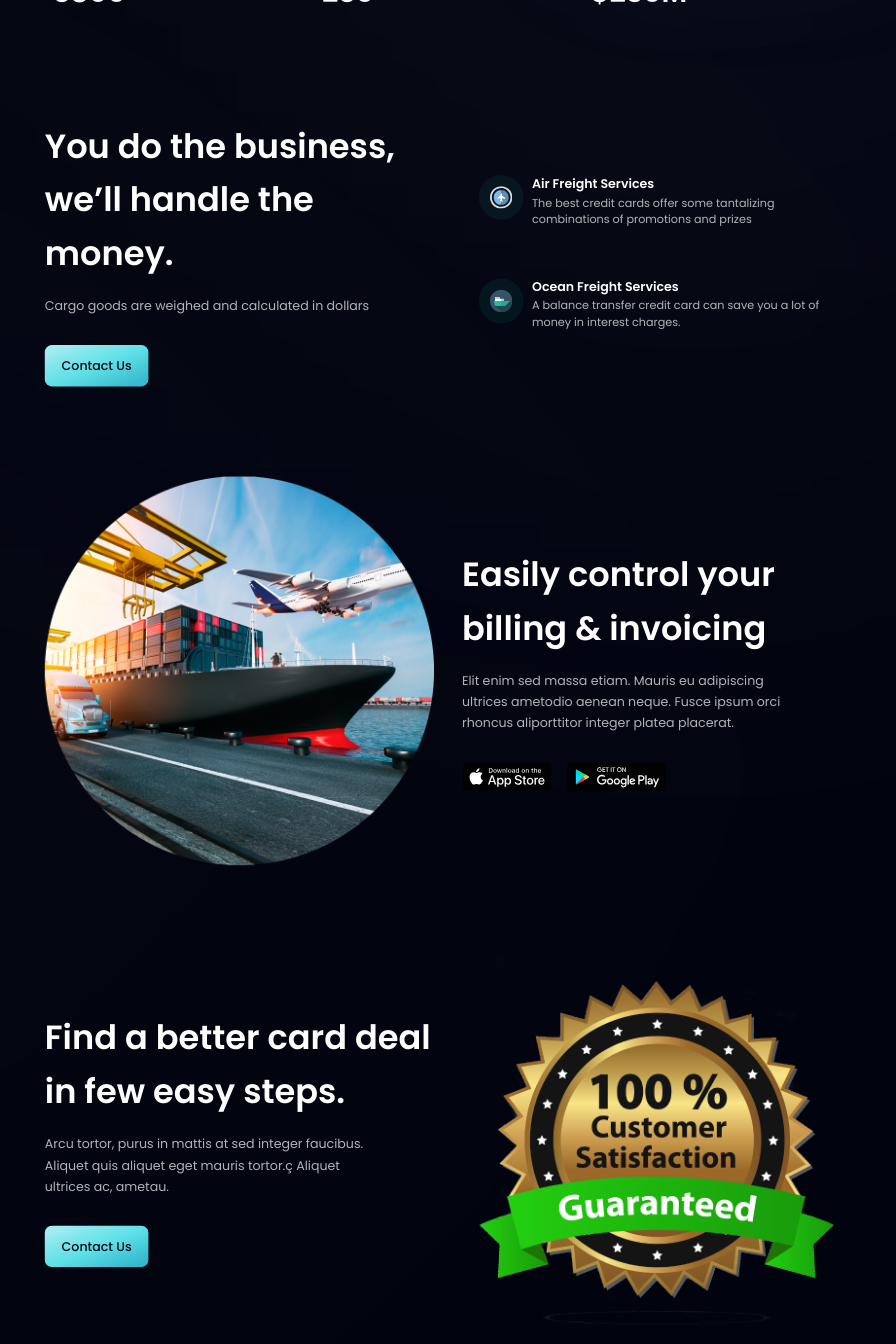
Repository: Miracleoluebube/captionlogistics
Page: /
An editor plug-in stored every save of this project. The page is shown before and after a run of saves, followed by the edit.
The browser window is 1280 px wide. The pictures show the part of the page from y = 1220 to 3140 px (the page is 5317 px tall before and 5348 px after), at 70% of full size.
The project was rebuilt for these pictures with package versions that can differ from the ones it lists, and the page was loaded fresh each time. Also part of the build but not shown: vite.config.js.

Above is the page before, as saved 2022-10-02 12:44:50.

### src/index.css
/* :root {
  font-family: Inter, Avenir, Helvetica, Arial, sans-serif;
  font-size: 16px;
  line-height: 24px;
  font-weight: 400;

  color-scheme: light dark;
  color: rgba(255, 255, 255, 0.87);
  background-color: #242424;

  font-synthesis: none;
  text-rendering: optimizeLegibility;
  -webkit-font-smoothing: antialiased;
  -moz-osx-font-smoothing: grayscale;
  -webkit-text-size-adjust: 100%;
}

a {
  font-weight: 500;
  color: #646cff;
  text-decoration: inherit;
}
a:hover {
  color: #535bf2;
}

body {
  margin: 0;
  display: flex;
  place-items: center;
  min-width: 320px;
  min-height: 100vh;
}

h1 {
  font-size: 3.2em;
  line-height: 1.1;
}

button {
  border-radius: 8px;
  border: 1px solid transparent;
  padding: 0.6em 1.2em;
  font-size: 1em;
  font-weight: 500;
  font-family: inherit;
  background-color: #1a1a1a;
  cursor: pointer;
  transition: border-color 0.25s;
}
button:hover {
  border-color: #646cff;
}
button:focus,
button:focus-visible {
  outline: 4px auto -webkit-focus-ring-color;
}
*/

@import url("https://fonts.googleapis.com/css2?family=Poppins:wght@400;500;600;700;800;900&display=swap");

@tailwind base;
@tailwind components;
@tailwind utilities;

:root {
  --black-gradient: linear-gradient(
    144.39deg,
    #ffffff -278.56%,
    #6d6d6d -78.47%,
    #11101d 91.61%
  );
  --card-shadow: 0px 20px 100px -10px rgba(66, 71, 91, 0.1);
}

* {
  scroll-behavior: smooth;
}

.text-gradient {
  background: radial-gradient(
    64.18% 64.18% at 71.16% 35.69%,
    #def9fa 0.89%,
    #bef3f5 17.23%,
    #9dedf0 42.04%,
    #7de7eb 55.12%,
    #5ce1e6 71.54%,
    #33bbcf 100%
  );
  -webkit-background-clip: text;
  -webkit-text-fill-color: transparent;
  background-clip: text;
  text-fill-color: transparent;
}

.bg-blue-gradient {
  background: linear-gradient(
    157.81deg,
    #def9fa -43.27%,
    #bef3f5 -21.24%,
    #9dedf0 12.19%,
    #7de7eb 29.82%,
    #5ce1e6 51.94%,
    #33bbcf 90.29%
  );
}

.bg-black-gradient {
  background: linear-gradient(
    144.39deg,
    #ffffff -278.56%,
    #6d6d6d -78.47%,
    #11101d 91.61%
  );
}

.bg-black-gradient-2 {
  background: linear-gradient(
    -168.39deg,
    #ffffff -278.56%,
    #6d6d6d -78.47%,
    #11101d 91.61%
  );
}

.bg-gray-gradient {
  background: linear-gradient(
    153.47deg,
    rgba(255, 255, 255, 0) -341.94%,
    #14101d 95.11%
  );
}

.bg-discount-gradient {
  background: linear-gradient(125.17deg, #272727 0%, #11101d 100%);
}

.box-shadow {
  box-shadow: 0px 20px 100px -10px rgba(66, 71, 91, 0.1);
}

.sidebar {
  -webkit-animation: slide-top 0.5s cubic-bezier(0.25, 0.46, 0.45, 0.94) both;
  animation: slide-top 0.5s cubic-bezier(0.25, 0.46, 0.45, 0.94) both;
}

@-webkit-keyframes slide-top {
  0% {
    -webkit-transform: translateY(100px);
    transform: translateY(100px);
  }
  100% {
    -webkit-transform: translateY(0);
    transform: translateY(0);
  }
}

@keyframes slide-top {
  0% {
    -webkit-transform: translateY(100px);
    transform: translateY(100px);
  }
  100% {
    -webkit-transform: translateY(0);
    transform: translateY(0);
  }
}

.feature-card:hover {
  background: var(--black-gradient);
  box-shadow: var(--card-shadow);
}

.feedback-container .feedback-card:last-child {
  margin-right: 0px;
}

.feedback-card {
  background: transparent;
}

.feedback-card:hover {
  background: var(--black-gradient);
}

.blue__gradient {
  background: linear-gradient(180deg, rgba(188, 165, 255, 0) 0%, #214d76 100%);
  filter: blur(123px);
}

.pink__gradient {
  background: linear-gradient(90deg, #f4c4f3 0%, #fc67fa 100%);
  filter: blur(900px);
}

.white__gradient {
  background: rgba(255, 255, 255, 0.6);
  filter: blur(750px);
}


@media (prefers-color-scheme: light) {
  :root {
    color: #213547;
    background-color: #ffffff;
  }
  a:hover {
    color: #747bff;
  }
  button {
    background-color: #f9f9f9;
  }
}

### src/style.js
const styles = {
  boxWidth: "xl:max-w-[1280px] w-full",

  heading2: "font-poppins font-semibold xs:text-[48px] text-[40px] text-white xs:leading-[76.8px] leading-[66.8px] w-full",
  paragraph: "font-poppins font-normal text-dimWhite text-[18px] leading-[30.8px]",

  flexCenter: "flex justify-center items-center",
  flexStart: "flex justify-center items-start",

  paddingX: "sm:px-16 px-6",
  paddingY: "sm:py-16 py-6",
  padding: "sm:px-16 px-6 sm:py-12 py-4",

  marginX: "sm:mx-16 mx-6",
  marginY: "sm:my-16 my-6",
};

export const layout = {
  section: `flex md:flex-row flex-col ${styles.paddingY}`,
  sectionReverse: `flex md:flex-row flex-col-reverse ${styles.paddingY}`,

  sectionImgReverse: `flex-1 flex ${styles.flexCenter} md:mr-10 mr-0 md:mt-0 mt-10 relative`,
  sectionImg: `flex-1 flex ${styles.flexCenter} md:ml-10 ml-0 md:mt-0 mt-10 relative`,

  sectionInfo: `flex-1 ${styles.flexStart} flex-col`,
};

export default styles;

### src/components/Navbar.jsx
import { useState } from "react";

import { close, logo, menu } from "../assets";
import { navLinks } from "../constants";

const Navbar = () => {
  const [active, setActive] = useState("Home");
  const [toggle, setToggle] = useState(false);

  return (
    <nav className="w-full flex py-6 justify-between items-center navbar">
      <img src={logo} alt="hoobank" className="w-[124px] h-[32px]" />

      <ul className="list-none sm:flex hidden justify-end items-center flex-1">
        {navLinks.map((nav, index) => (
          <li
            key={nav.id}
            className={`font-poppins font-normal cursor-pointer text-[16px] ${
              active === nav.title ? "text-white" : "text-dimWhite"
            } ${index === navLinks.length - 1 ? "mr-0" : "mr-10"}`}
            onClick={() => setActive(nav.title)}
          >
            <a href={`#${nav.id}`}>{nav.title}</a>
          </li>
        ))}
      </ul>

      <div className="sm:hidden flex flex-1 justify-end items-center">
        <img
          src={toggle ? close : menu}
          alt="menu"
          className="w-[28px] h-[28px] object-contain"
          onClick={() => setToggle(!toggle)}
        />

        <div
          className={`${
            !toggle ? "hidden" : "flex"
          } p-6 bg-black-gradient absolute top-20 right-0 mx-4 my-2 min-w-[140px] rounded-xl sidebar`}
        >
          <ul className="list-none flex justify-end items-start flex-1 flex-col">
            {navLinks.map((nav, index) => (
              <li
                key={nav.id}
                className={`font-poppins font-medium cursor-pointer text-[16px] ${
                  active === nav.title ? "text-white" : "text-dimWhite"
                } ${index === navLinks.length - 1 ? "mb-0" : "mb-4"}`}
                onClick={() => setActive(nav.title)}
              >
                <a href={`#${nav.id}`}>{nav.title}</a>
              </li>
            ))}
          </ul>
        </div>
      </div>
    </nav>
  );
};

export default Navbar;

### src/components/Billing.jsx
import { apple, bill, google } from "../assets";
import styles, { layout } from "../style";

const Billing = () => (
  <section id="product" className={layout.sectionReverse}>
    <div className={layout.sectionImgReverse}>
      <img src={bill} alt="billing" className="w-[100%] h-[100%] relative z-[5]" />

      {/* gradient start */}
      <div className="absolute z-[3] -left-1/2 top-0 w-[50%] h-[50%] rounded-full white__gradient" />
      <div className="absolute z-[0] w-[50%] h-[50%] -left-1/2 bottom-0 rounded-full pink__gradient" />
      {/* gradient end */}
    </div>

    <div className={layout.sectionInfo}>
      <h2 className={styles.heading2}>
        Easily control your <br className="sm:block hidden" /> billing &
        invoicing
      </h2>
      <p className={`${styles.paragraph} max-w-[470px] mt-5`}>
        Elit enim sed massa etiam. Mauris eu adipiscing ultrices ametodio
        aenean neque. Fusce ipsum orci rhoncus aliporttitor integer platea
        placerat.
      </p>

      <div className="flex flex-row flex-wrap sm:mt-10 mt-6">
        <img src={apple} alt="google_play" className="w-[128.86px] h-[42.05px] object-contain mr-5 cursor-pointer" />
        <img src={google} alt="google_play" className="w-[144.17px] h-[43.08px] object-contain cursor-pointer" />
      </div>
    </div>
  </section>
);

export default Billing;

### src/components/CardDeal.jsx
import { card } from "../assets";
import styles, { layout } from "../style";
import Button from "./Button";

const CardDeal = () => (
  <section id="contact Us" className={layout.section}>
    <div className={layout.sectionInfo}>
      <h2 className={styles.heading2}>
        Find a better card deal <br className="sm:block hidden" /> in few easy
        steps.
      </h2>
      <p className={`${styles.paragraph} max-w-[470px] mt-5`}>
        Arcu tortor, purus in mattis at sed integer faucibus. Aliquet quis
        aliquet eget mauris tortor.ç Aliquet ultrices ac, ametau.
      </p>

      <Button styles={`mt-10`} />
    </div>

    <div className={layout.sectionImg}>
      <img src={card} alt="billing" className="w-[100%] h-[100%]" />
    </div>
  </section>
);

export default CardDeal;

### src/components/Business.jsx
import { features } from "../constants";
import styles, { layout } from "../style";
import Button from "./Button";

const FeatureCard = ({ icon, title, content, index }) => (
  <div className={`flex flex-row p-6 rounded-[20px] ${index !== features.length - 1 ? "mb-6" : "mb-0"} feature-card`}>
    <div className={`w-[64px] h-[64px] rounded-full ${styles.flexCenter} bg-dimBlue`}>
      <img src={icon} alt="star" className="w-[50%] h-[50%] object-contain" />
    </div>
    <div className="flex-1 flex flex-col ml-3">
      <h4 className="font-poppins font-semibold text-white text-[18px] leading-[23.4px] mb-1">
        {title}
      </h4>
      <p className="font-poppins font-normal text-dimWhite text-[16px] leading-[24px]">
        {content}
      </p>
    </div>
  </div>
);

const Business = () =>  (
  <section id="features" className={layout.section}>
    <div className={layout.sectionInfo}>
      <h2 className={styles.heading2}>
        You do the business, <br className="sm:block hidden" /> we’ll handle
        the money.
      </h2>
      <p className={`${styles.paragraph} max-w-[470px] mt-5`}>
        Cargo goods are weighed and calculated in dollars
      </p>

      <Button styles={`mt-10`} />
    </div>

    <div className={`${layout.sectionImg} flex-col`}>
      {features.map((feature, index) => (
        <FeatureCard key={feature.id} {...feature} index={index} />
      ))}
    </div>
  </section>
);

export default Business;

### src/components/CTA.jsx
import styles from "../style";
import Button from "./Button";

const CTA = () => (
  <section className={`${styles.flexCenter} ${styles.marginY} ${styles.padding} sm:flex-row flex-col bg-black-gradient-2 rounded-[20px] box-shadow`}>
    <div className="flex-1 flex flex-col">
      <h2 className={styles.heading2}>Let’s try our service now!</h2>
      <p className={`${styles.paragraph} max-w-[470px] mt-5`}>
        Everything you need to accept card payments and grow your business
        anywhere on the planet.
      </p>
    </div>

    <div  className={`${styles.flexCenter} sm:ml-10 ml-0 sm:mt-0 mt-10`}>
      <Button />
    </div>
  </section>
);

export default CTA;

### src/components/Stats.jsx
import { stats } from "../constants";
import styles from "../style";

const Stats = () => (
  <section className={`${styles.flexCenter} flex-row flex-wrap sm:mb-20 mb-6`}>
    {stats.map((stat) => (
      <div key={stat.id} className={`flex-1 flex justify-start items-center flex-row m-3`} >
        <h4 className="font-poppins font-semibold xs:text-[40.89px] text-[30.89px] xs:leading-[53.16px] leading-[43.16px] text-white">
          {stat.value}
        </h4>
        <p className="font-poppins font-normal xs:text-[20.45px] text-[15.45px] xs:leading-[26.58px] leading-[21.58px] text-gradient uppercase ml-3">
          {stat.title}
        </p>
      </div>
    ))}
  </section>
);

export default Stats;

### src/components/Footer.jsx
import styles from "../style";
import { logo } from "../assets";
import { footerLinks, socialMedia } from "../constants";

const Footer = () => (
  <section className={`${styles.flexCenter} ${styles.paddingY} flex-col`}>
    <div className={`${styles.flexStart} md:flex-row flex-col mb-8 w-full`}>
      <div className="flex-[1] flex flex-col justify-start mr-10">
        <img
          src={logo}
          alt="hoobank"
          className="w-[266px] h-[72.14px] object-contain"
        />
        <p className={`${styles.paragraph} mt-4 max-w-[312px]`}>
         Head Office address: Number 10&11, A.O plaza, ground floor,
         Mandilas market Lagos island
        </p>
      </div>

      <div className="flex-[1.5] w-full flex flex-row justify-between flex-wrap md:mt-0 mt-10">
        {footerLinks.map((footerlink) => (
          <div key={footerlink.title} className={`flex flex-col ss:my-0 my-4 min-w-[150px]`}>
            <h4 className="font-poppins font-medium text-[18px] leading-[27px] text-white">
              {footerlink.title}
            </h4>
            <ul className="list-none mt-4">
              {footerlink.links.map((link, index) => (
                <li
                  key={link.name}
                  className={`font-poppins font-normal text-[16px] leading-[24px] text-dimWhite hover:text-secondary cursor-pointer ${
                    index !== footerlink.links.length - 1 ? "mb-4" : "mb-0"
                  }`}
                >
                  {link.name}
                </li>
              ))}
            </ul>
          </div>
        ))}
      </div>
    </div>

    <div className="w-full flex justify-between items-center md:flex-row flex-col pt-6 border-t-[1px] border-t-[#3F3E45]">
      <p className="font-poppins font-normal text-center text-[18px] leading-[27px] text-white">
        Copyright Ⓒ 2022. CaptionLogistics. All Rights Reserved.
      </p>

      <div className="flex flex-row md:mt-0 mt-6">
        {socialMedia.map((social, index) => (
          <img
            key={social.id}
            src={social.icon}
            alt={social.id}
            className={`w-[21px] h-[21px] object-contain cursor-pointer ${
              index !== socialMedia.length - 1 ? "mr-6" : "mr-0"
            }`}
            onClick={() => window.open(social.link)}
          />
        ))}
      </div>
    </div>
  </section>
);

export default Footer;

### src/components/Testimonials.jsx
import { feedback } from "../constants";
import styles from "../style";
import FeedbackCard from "./FeedbackCard";

const Testimonials = () => (
  <section id="clients" className={`${styles.paddingY} ${styles.flexCenter} flex-col relative `}>
    <div className="absolute z-[0] w-[60%] h-[60%] -right-[50%] rounded-full blue__gradient bottom-40" />

    <div className="w-full flex justify-between items-center md:flex-row flex-col sm:mb-16 mb-6 relative z-[1]">
      <h2 className={styles.heading2}>
        What People are <br className="sm:block hidden" /> saying about us
      </h2>
      <div className="w-full md:mt-0 mt-6">
        <p className={`${styles.paragraph} text-left max-w-[450px]`}>
          Everything you need to accept card payments and grow your business
          anywhere on the planet.
        </p>
      </div>
    </div>

    <div className="flex flex-wrap sm:justify-start justify-center w-full feedback-container relative z-[1]">
      {feedback.map((card) => <FeedbackCard key={card.id} {...card} />)}
    </div>
  </section>
);

export default Testimonials;

### src/components/Hero.jsx
import styles from "../style";
import { discount, robot } from "../assets";
import GetStarted from "./GetStarted";

const Hero = () => {
  return (
    <section id="home" className={`flex md:flex-row flex-col ${styles.paddingY}`}>
      <div className={`flex-1 ${styles.flexStart} flex-col xl:px-0 sm:px-16 px-6`}>
        <div className="flex flex-row items-center py-[6px] px-4 bg-discount-gradient rounded-[10px] mb-2">
          <img src={discount} alt="discount" className="w-[32px] h-[32px]" />
          <p className={`${styles.paragraph} ml-2`}>
            <span className="text-white">Call us </span> +234{" "}
            <span className="text-white">806 {" "} 750 {" "} 7539</span>
          </p>
        </div>

        <div className="flex flex-row justify-between items-center w-full">
          <h1 className="flex-1 font-poppins font-semibold ss:text-[72px] text-[52px] text-white ss:leading-[100.8px] leading-[75px]">
            Your trusted <br className="sm:block hidden" />{" "}
            <span className="text-gradient">Freight & Shipping</span>{" "}
          </h1>
          <div className="ss:flex hidden md:mr-4 mr-0">
            <GetStarted />
          </div>
        </div>

        <h1 className="font-poppins font-semibold ss:text-[68px] text-[52px] text-white ss:leading-[100.8px] leading-[75px] w-full">
  company From Turkey to Nigeria.
        </h1>
        <p className={`${styles.paragraph} max-w-[470px] mt-5`}>
          We are a  full-service Cargo and Logistics
          company registered under the federal Republic of Nigeria that offers freight
          and shipping of goods from Turkey
          to Nigeria.Our Mission is to retain our leadership
          in providing affordable
          & efficient service. Visit us Today.
        </p>
      </div>

      <div className={`flex-1 flex ${styles.flexCenter} md:my-0 my-10 relative`}>
        <img src={robot} alt="billing" className="w-[100%] h-[100%] relative z-[5]" />

        {/* gradient start */}
        <div className="absolute z-[0] w-[40%] h-[35%] top-0 pink__gradient" />
        <div className="absolute z-[1] w-[80%] h-[80%] rounded-full white__gradient bottom-40" />
        <div className="absolute z-[0] w-[50%] h-[50%] right-20 bottom-20 blue__gradient" />
        {/* gradient end */}
      </div>

      <div className={`ss:hidden ${styles.flexCenter}`}>
        <GetStarted />
      </div>
    </section>
  );
};

export default Hero;

### src/assets/index.js
import airbnb from "./airbnb.png";
import bill from "./bill.png";
import binance from "./binance.png";
import card from "./card.png";
import coinbase from "./coinbase.png";
import dropbox from "./dropbox.png";
import logo from "./logo.svg";
import quotes from "./quotes.svg";
import robot from "./robot.png";
import send from "./Send.svg";
import shield from "./Shield.svg";
import star from "./Star.svg";
import menu from "./menu.svg";
import close from "./close.svg";
import google from "./google.svg";
import apple from "./apple.svg";
import arrowUp from "./arrow-up.svg";
import discount from "./Discount.svg";
import facebook from "./facebook.svg";
import instagram from "./instagram.svg";
import linkedin from "./linkedin.svg";
import twitter from "./twitter.svg";
import people01 from "./people01.png";
import people02 from "./people02.png";
import people03 from "./people03.png";

export {
  airbnb,
  bill,
  binance,
  card,
  coinbase,
  dropbox,
  logo,
  quotes,
  robot,
  send,
  shield,
  star,
  menu,
  close,
  google,
  apple,
  arrowUp,
  discount,
  facebook,
  instagram,
  linkedin,
  twitter,
  people01,
  people02,
  people03,
};

### src/components/Button.jsx
import React from "react";

const Button = ({ styles }) => (
  <a href="https://wa.me/2348067507539">
  <button  type="button" className={`py-4 px-6 font-poppins font-medium text-[18px] text-primary bg-blue-gradient rounded-[10px] outline-none ${styles}`}>
    Contact Us
  </button>
  </a>
);



export default Button;

### src/components/FeedbackCard.jsx
import { quotes } from "../assets";

const FeedbackCard = ({ content, name, title, img }) => (
  <div className="flex justify-between flex-col px-10 py-12 rounded-[20px]  max-w-[370px] md:mr-10 sm:mr-5 mr-0 my-5 feedback-card">
    <img src={quotes} alt="double_quotes" className="w-[42.6px] h-[27.6px] object-contain" />
    <p className="font-poppins font-normal text-[18px] leading-[32.4px] text-white my-10">
      {content}
    </p>

    <div className="flex flex-row">
      <img src={img} alt={name} className="w-[48px] h-[48px] rounded-full" />
      <div className="flex flex-col ml-4">
        <h4 className="font-poppins font-semibold text-[20px] leading-[32px] text-white">
          {name}
        </h4>
        <p className="font-poppins font-normal text-[16px] leading-[24px] text-dimWhite">
          {title}
        </p>
      </div>
    </div>
  </div>
);


export default FeedbackCard;

### src/components/GetStarted.jsx
import styles from "../style";
import { arrowUp } from "../assets";

const GetStarted = () => (
  <div className={`${styles.flexCenter} w-[140px] h-[140px] rounded-full bg-blue-gradient p-[2px] cursor-pointer`}>
    <div className={`${styles.flexCenter} flex-col bg-primary w-[100%] h-[100%] rounded-full`}>
      <div className={`${styles.flexStart} flex-row`}>
        <p className="font-poppins font-medium text-[18px] leading-[23.4px]">
          <span className="text-gradient">Track Your</span>
        </p>
        <img src={arrowUp} alt="arrow-up" className="w-[23px] h-[23px] object-contain" />
      </div>

      <p className="font-poppins font-medium text-[18px] leading-[23.4px]">
        <span className="text-gradient">Goods</span>
      </p>
    </div>
  </div>
);

export default GetStarted;

Loaded but not shown: index.html (common file); src/main.jsx (common file); src/App.jsx (common file); src/components/index.js (common file); src/components/Clients.jsx (common file); tailwind.config.cjs (common file); src/constants/index.js (202 lines, source omitted)

After the next 3 saves:
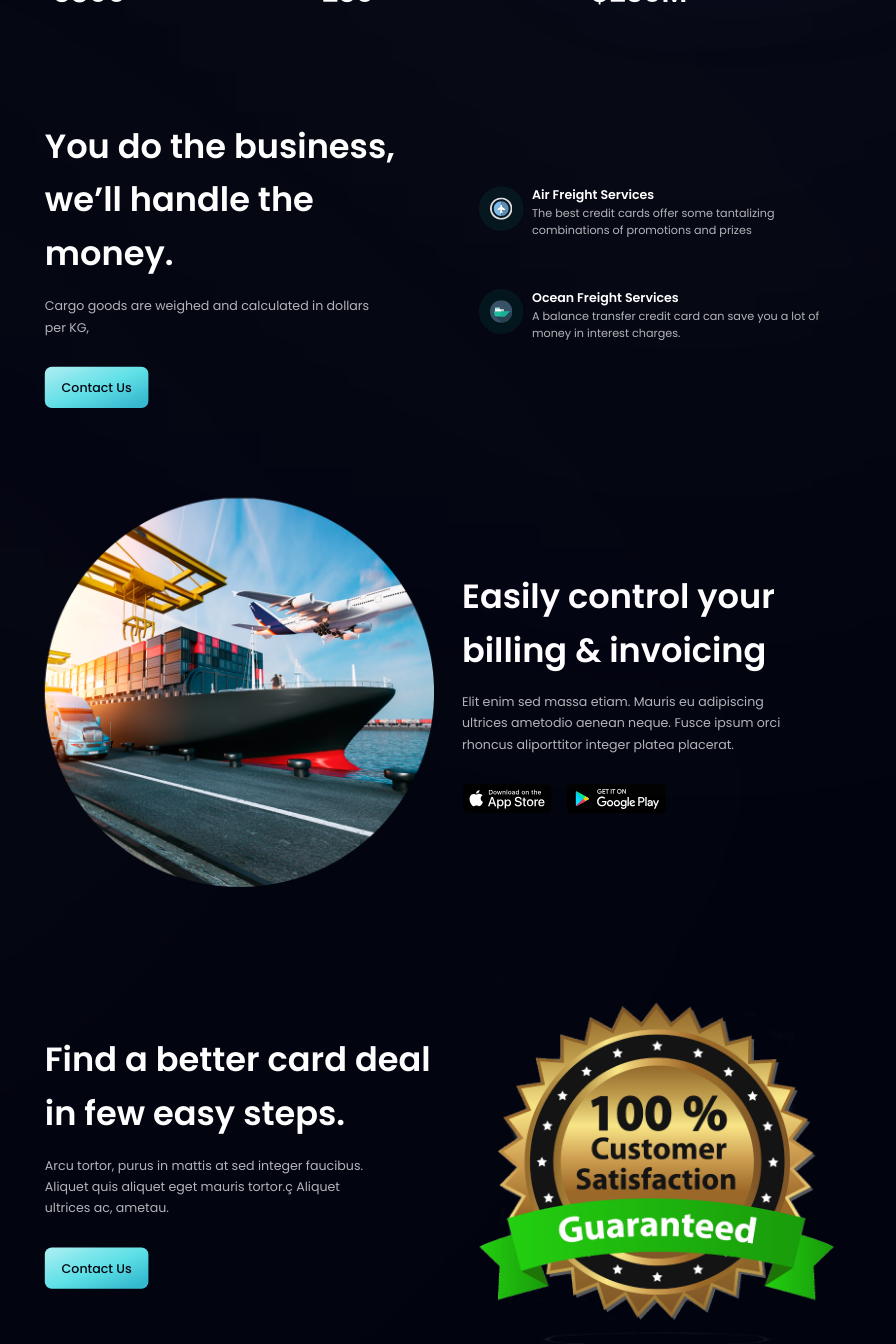
The 3 saves are shown as one change because they came seconds apart.
The last was saved 16 s later.
--- a/src/components/Business.jsx
+++ b/src/components/Business.jsx
@@ -26,7 +26,7 @@
         the money.
       </h2>
       <p className={`${styles.paragraph} max-w-[470px] mt-5`}>
-        Cargo goods are weighed and calculated in dollars
+        Cargo goods are weighed and calculated in dollars per KG,
       </p>
 
       <Button styles={`mt-10`} />
